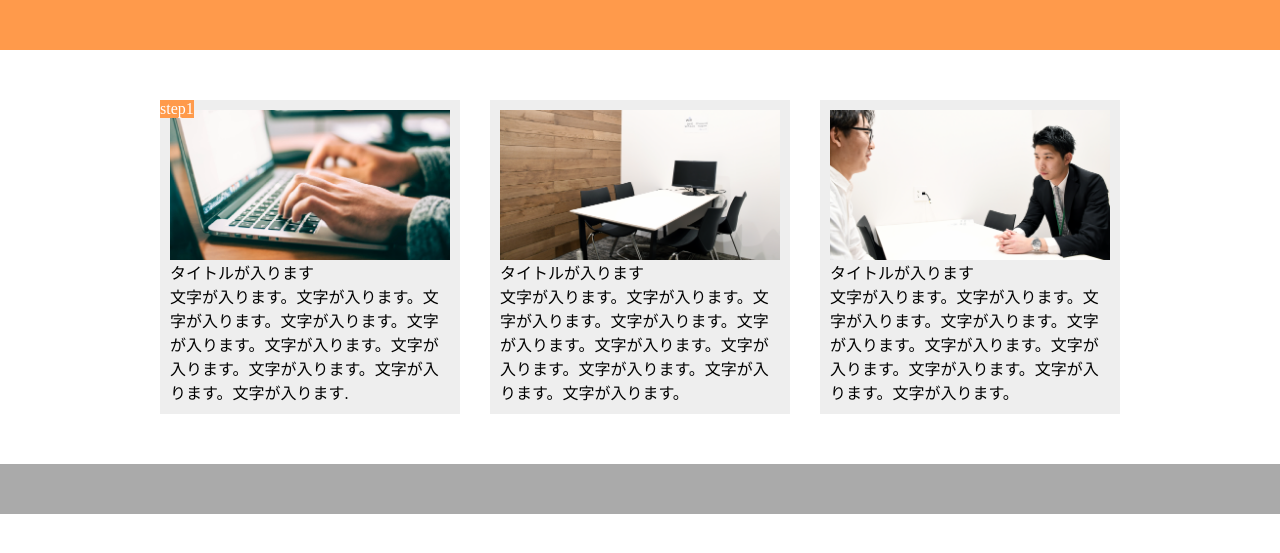
Repository: wakasugisatoi/git
Page: chapter9/index.html
The author's editor kept a record of every edit. The page is drawn from the files as they stood at one moment, then again after the next edit.
The browser window is 1280 px wide. The pictures show the whole page.

Above is the page before.

### chapter9/index.html
<!DOCTYPE html>
<html lang="ja">
  <head>
   <meta charset="UTF-8"/>
   <title>課題１</title>
   <link rel="stylesheet" href="style.css" />
  </head>

  <body>
    <header></header>

    <main>
      <div class="main-box">
        <div class="main-img1"></div>
        <span class="main-num">step1</span>
        <h3　class=main-title>タイトルが入ります</h3>
          <p class=main-text>
            文字が入ります。文字が入ります。文字が入ります。文字が入ります。文字が入ります。文字が入ります。文字が入ります。文字が入ります。文字が入ります。文字が入ります.</p>
      </div>

      <div class="main-box">
        <div class="main-img2"></div>
        <section class="main-text">
          <h3　class=main-text-title>タイトルが入ります</h3>
          <p class=main-text-sentence>文字が入ります。文字が入ります。文字が入ります。文字が入ります。文字が入ります。文字が入ります。文字が入ります。文字が入ります。文字が入ります。文字が入ります。</p>
        </section>
      </div>

      <div class="main-box">
        <div class="main-img3"></div>
        <section class="main-text">
          <h3　class=main-text-title>タイトルが入ります</h3>
          <p class=main-text-sentence>文字が入ります。文字が入ります。文字が入ります。文字が入ります。文字が入ります。文字が入ります。文字が入ります。文字が入ります。文字が入ります。文字が入ります。</p>
        </section>
      </div>
    </main>

    <footer> </footer>
  </body>
</html>

### chapter9/style.css
*{
  margin: 0;
  padding: 0;
  box-sizing: border-box;
}

header{
  /*width: 100%;*/
  height: 50px;
  background-color: #ff9a4b;

}

main{
  width: 960px;
  /*height: 300px;*/
  margin: 50px auto;
  display:flex;
}

.main-box{
  width: 300px;
  /*height: 250px;*/
  margin-right: 30px;
  padding: 10px;
  position:  relative;
  background-color:#EEEEEE;
  /*margin: 0 auto;*/
  /*float: left;*/
}

 .main-box:last-child{
   margin-right: 0
 }


.main-img1{
  height: 150px;
  background-image: url(./flow01.png);
  background-position: bottom;
  background-size: cover;
}

.main-img2{
  height: 150px;
  background-image: url(./flow02.png);
  background-position: bottom;
  background-size: cover;
}

.main-img3{
  height: 150px;
  background-image: url(./flow03.png);
  background-position: bottom;
  background-size: cover;
}

.main-num{
  position: absolute;
  top: 0;
  left: 0;
  background-color: #ff9a4b;
  color: #fff;
}

.main-title{
  margin:15px 0 5px;
}

footer{
  /*width: 100%;*/
  height: 50px;
  background-color: #aaaaaa
}

@media screen and (max-width:768px){
  main{
    width: 100%;
    display: block;
  }

  .main-box{
    width: 90%;
    margin-bottom: 20px;
  }

  .main-box:last-child{
    margin-bottom: 0;
  }

  .
}

After the next edit:
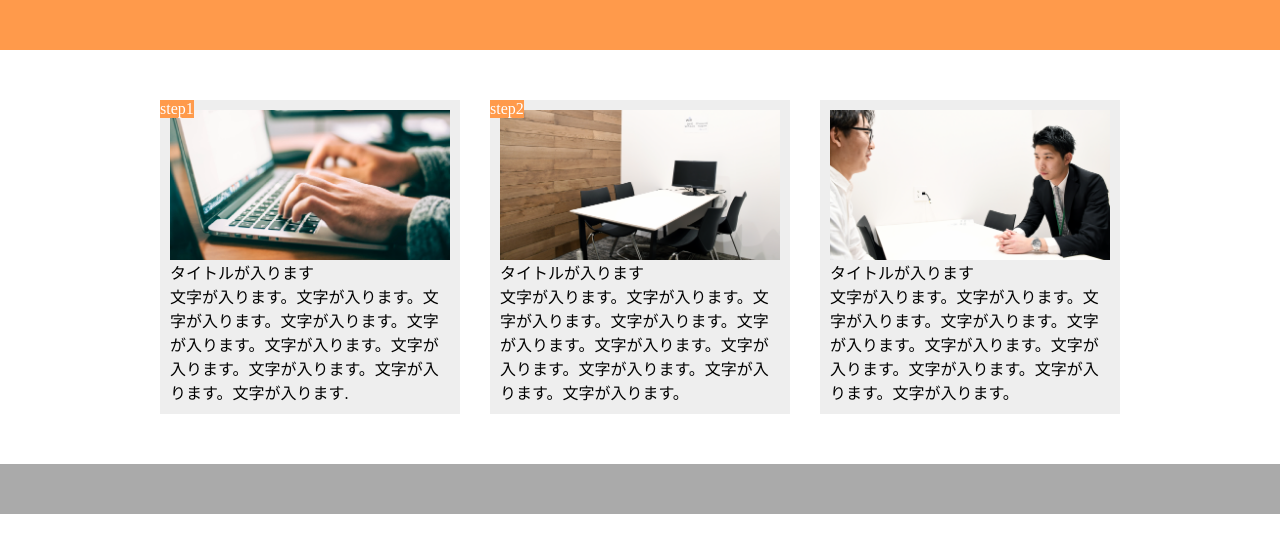
The edit:
--- a/chapter9/index.html
+++ b/chapter9/index.html
@@ -20,9 +20,9 @@
 
       <div class="main-box">
         <div class="main-img2"></div>
-        <section class="main-text">
-          <h3　class=main-text-title>タイトルが入ります</h3>
-          <p class=main-text-sentence>文字が入ります。文字が入ります。文字が入ります。文字が入ります。文字が入ります。文字が入ります。文字が入ります。文字が入ります。文字が入ります。文字が入ります。</p>
+        <span class="main-num">step2</span>
+        <h3　class=main-title>タイトルが入ります</h3>
+         <p class=main-text>文字が入ります。文字が入ります。文字が入ります。文字が入ります。文字が入ります。文字が入ります。文字が入ります。文字が入ります。文字が入ります。文字が入ります。</p>
         </section>
       </div>
 
